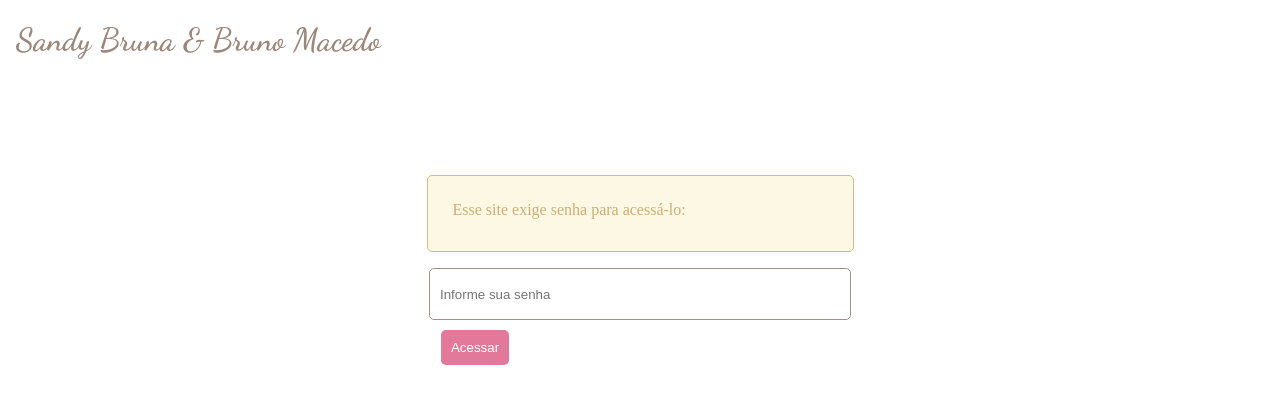
Repository: FerrazNathan/projetoBruno
Page: /login (app in projeto-bruno/)
These files come from the project's save history. The page is drawn as it stood at one moment and after the next save; the edit follows.
The browser window is 1280 px wide. The pictures show the whole page.
Some web fonts or font styles are not loaded; a fallback is used. The project was rebuilt for these pictures with package versions that can differ from the ones it lists, and the page was loaded fresh each time. The framework's server and built-in components were replaced by stand-ins that run in the browser. Also part of the build but not shown: projeto-bruno/next.config.js.

Above is the page before, as saved 2022-03-16 12:37:04.

### projeto-bruno/pages/_document.js
import Document, { Head, Main, NextScript } from 'next/document';
// Import styled components ServerStyleSheet
import { ServerStyleSheet } from 'styled-components';

export default class MyDocument extends Document {
  static getInitialProps({ renderPage }) {
    // Step 1: Create an instance of ServerStyleSheet
    const sheet = new ServerStyleSheet();

    // Step 2: Retrieve styles from components in the page
    const page = renderPage((App) => (props) =>
      sheet.collectStyles(<App {...props} />),
    );

    // Step 3: Extract the styles as <style> tags
    const styleTags = sheet.getStyleElement();

    // Step 4: Pass styleTags as a prop
    return { ...page, styleTags };
  }

  render() {
    return (
      <html>
        <Head>
          {/* Step 5: Output the styles in the head  */}
          {this.props.styleTags}
          <link rel="preconnect" href="https://fonts.googleapis.com" />
          <link rel="preconnect" href="https://fonts.gstatic.com" crossorigin />
          <link href="https: //fonts.googleapis.com/css2? family= Dancing+Script:wght@600 & display=swap" rel="stylesheet" />
        </Head>
        <body>
          <Main />
          <NextScript />
        </body>
      </html>
    );
  }
}

### projeto-bruno/pages/login.js
import React from 'react'
import Head from 'next/head'
import Form from '../components/Login'
import * as S from '../styles/styleLogin'


export default function Login() {
  return (
    <>
      <Head>
        <title>Login</title>
      </Head>
      <S.Content>
        <S.Box>
          <S.Title>Sandy Bruna & Bruno Macedo</S.Title>
        </S.Box>
        <Form />
      </S.Content>
    </>
  )
}

### projeto-bruno/styles/globals.css
@import url('https://fonts.googleapis.com/css2?family=Dancing+Script:wght@400;500;600&family=Source+Serif+Pro:wght@200;400&display=swap');

### projeto-bruno/components/Login/index.js
import React, { useState } from 'react'
import { useRouter } from 'next/router'
import * as S from './styles'

export default function Form() {

  const [password, setPassword] = useState('')
  const acesso = '9876543210'
  const redirect = useRouter()

  const submit = (event) => {
    event.preventDefault()

    if (password === acesso) {
      localStorage.setItem('logged', 'isLogged')
      redirect.push('/')
    }
  }

  return (
    <S.Container onSubmit={submit}>
      <S.Title>Esse site exige senha para acessá-lo:</S.Title>
      <S.Input
        type="password"
        placeholder="Informe sua senha"
        value={password}
        onChange={(event) => setPassword(event.target.value)}
      />
      <S.Button type='submit'>Acessar</S.Button>
    </S.Container>
  )
}

### projeto-bruno/styles/styleLogin.js
import styled from 'styled-components'

export const Content = styled.body`
  /* background-image: url(/src/assets/indice.jpeg); */
`

export const Box = styled.div`

`

export const Title = styled.h1`
  font-family: 'Dancing Script', cursiva;
  color: #9b867a;
`

### projeto-bruno/components/Login/styles.js
import styled from 'styled-components';

export const Container = styled.form`
  max-width: 1200px;
  width: 100%;
  margin: 100px auto;
  display: flex;
  align-items: center;
  justify-content: center;
  flex-direction: column;
`

export const Title = styled.p`
  color: #ceae74;
  background-color: #fcf8e3;
  width: 375px;
  height: 25px;
  border-radius: 5px;
  padding: 25px;
  border: 1px solid #d5b985;
  font-weight: 500;
`

export const Input = styled.input`
  width: 400px;
  height: 30px;
  border-radius: 5px;
  border: 1px solid #a49186;
  margin-bottom: 10px;
  outline: 0;
  padding: 10px;
  cursor: pointer;
  &:focus{
    background-color: #e8f0fe;
  }
`

export const Button = styled.button`
  background-color: #e2799b;
  color: #FFF;
  border-radius: 5px;
  border: none;
  padding: 10px;
  margin-right: 330px;
  cursor: pointer;
`

Loaded but not shown: projeto-bruno/pages/_app.js (common file)

After the next save:
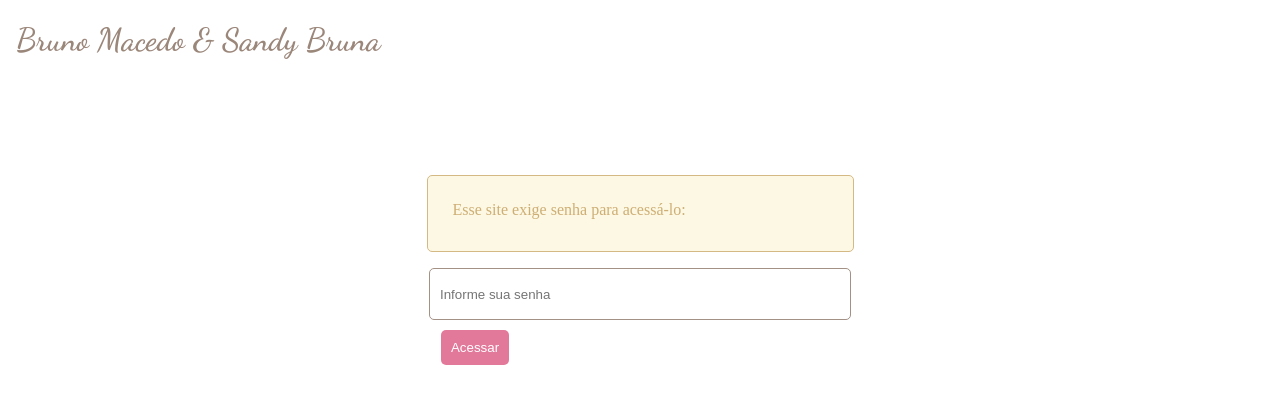
Saved 27 s later.
--- a/projeto-bruno/pages/login.js
+++ b/projeto-bruno/pages/login.js
@@ -12,7 +12,7 @@ export default function Login() {
       </Head>
       <S.Content>
         <S.Box>
-          <S.Title>Sandy Bruna & Bruno Macedo</S.Title>
+          <S.Title>Bruno Macedo & Sandy Bruna</S.Title>
         </S.Box>
         <Form />
       </S.Content>
